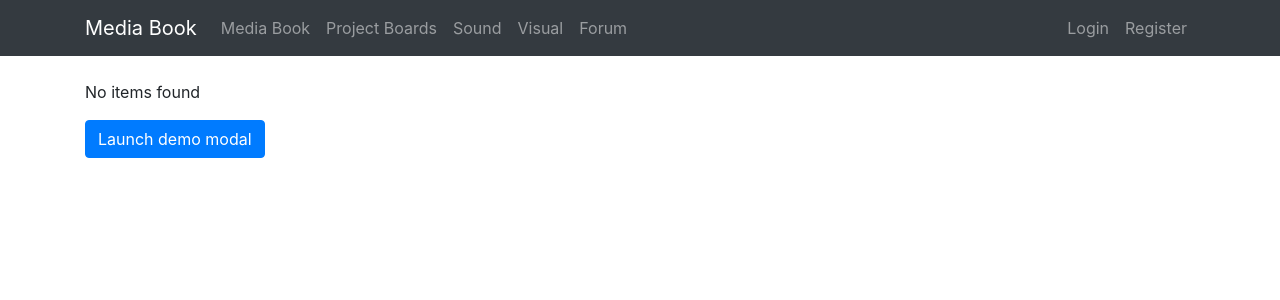
Repository: NateClarkTech/Software-Engineering-3
Page: IdeaBoards/templates/boarddetail.html
These files come from the project's save history. The page is drawn as it stood at one moment and after the next save; the edit follows.
The browser window is 1280 px wide. The pictures show the whole page.
Some web libraries are served in a nearby version. The page is served by the project's application, run on Django 5.2 (manage.py). The template is opened directly, without the code that normally fills it, so the values that code supplies are empty.

Above is the page before, as saved 2024-04-09 10:39:09.

After the next save:
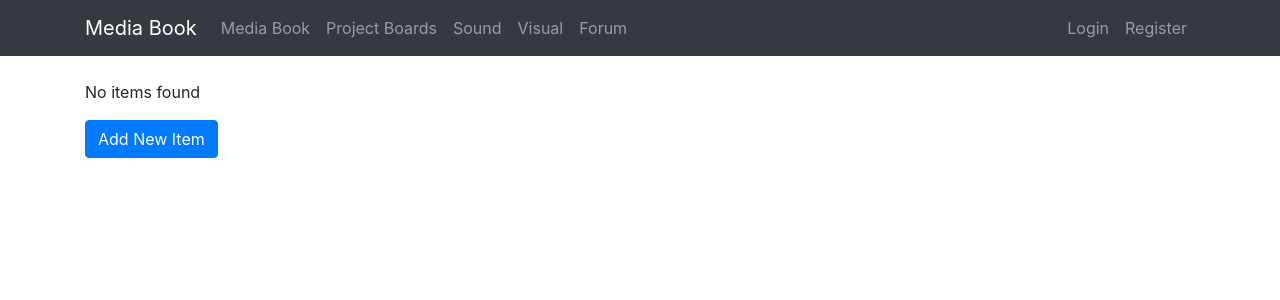
Saved 3 min 6 s later.
--- a/IdeaBoards/templates/boarddetail.html
+++ b/IdeaBoards/templates/boarddetail.html
@@ -47,7 +47,7 @@
             <p>No items found</p>
             <!-- Button trigger modal -->
             <button type="button" class="btn btn-primary" data-toggle="modal" data-target="#createBoardItem">
-                Launch demo modal
+                Add New Item
               </button>
         {% endif %}
     </div>
